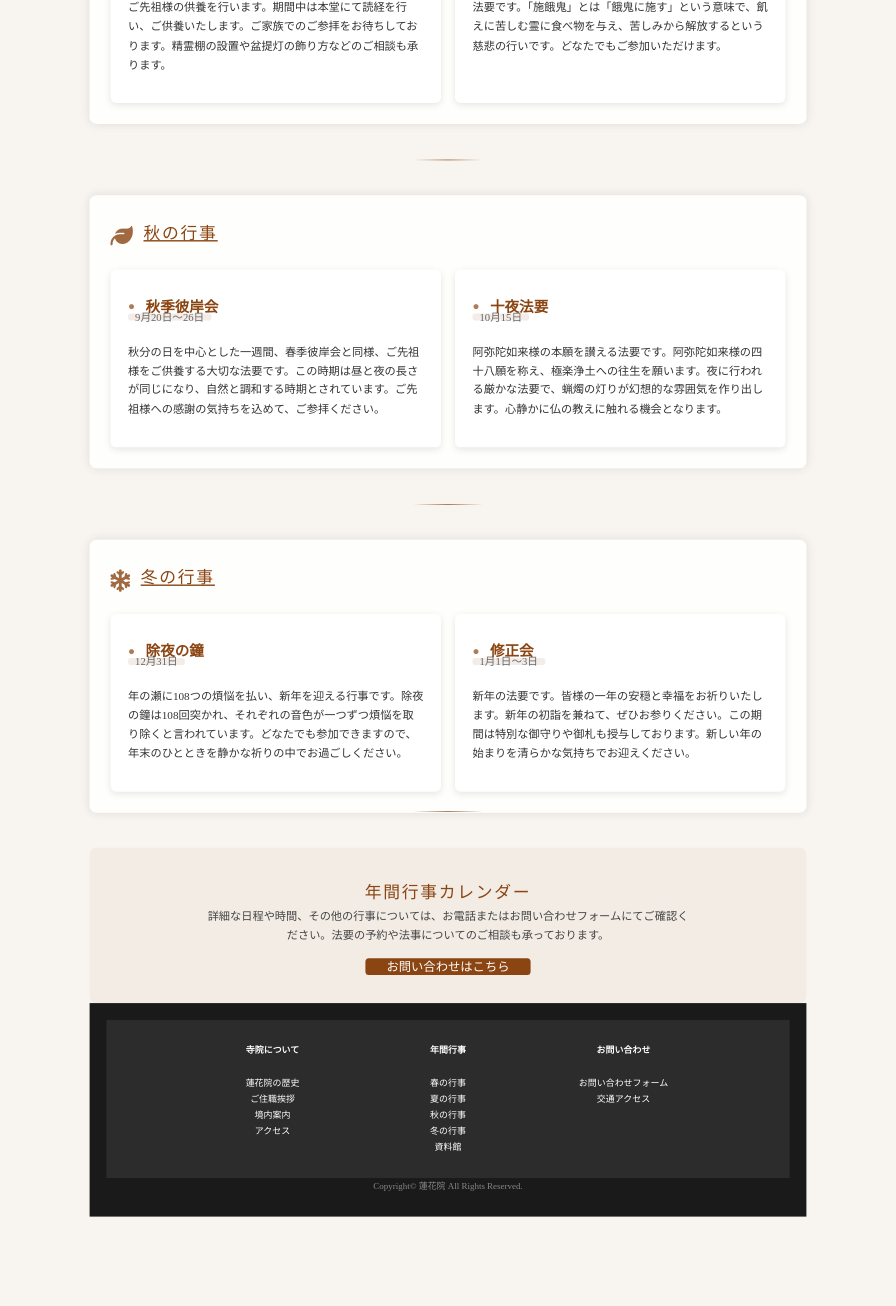
Repository: owl-onoueip/rengein-website
Page: events.html
The author's editor kept a copy of each file at every save. The page is drawn from the files as they stood at one save, then again after the next save.
The browser window is 1280 px wide. The pictures show the part of the page from y = 1340 to 3260 px (the page is 3206 px tall before and 3260 px after), at 70% of full size.
Some web fonts or font styles are not loaded; a fallback is used.

Above is the page before, as saved 2025-03-10 10:52:25.

### events.html
<!DOCTYPE html>
<html lang="ja">

<head>
    <meta charset="UTF-8">
    <title>年間行事 - 真言宗智山派 蓮花院</title>
    <meta name="viewport" content="width=device-width, initial-scale=1">
    <meta name="description" content="蓮花院の年間行事のご案内です。春夏秋冬の法要や行事についてご紹介しています。">
    <link rel="stylesheet" href="css/style.css">
    <link rel="stylesheet" href="https://cdnjs.cloudflare.com/ajax/libs/font-awesome/6.4.0/css/all.min.css">
    <style>
        /* メニューボタンのスタイル */
        #menubar_hdr {
            display: block !important;
            position: fixed !important;
            z-index: 9999 !important;
            top: 10px !important;
            right: 10px !important;
            width: 80px !important;
            height: 80px !important;
            background: #fff !important;
            border: 2px solid #8b4513 !important;
            border-radius: 4px !important;
            box-shadow: 0 0 5px rgba(0, 0, 0, 0.2) !important;
            cursor: pointer !important;
            transition: all 0.3s ease !important;
        }

        #menubar_hdr:hover {
            background-color: rgba(139, 69, 19, 0.1) !important;
            transform: translateY(-3px) !important;
            box-shadow: 0 5px 10px rgba(0, 0, 0, 0.2) !important;
        }

        .menu-icon {
            width: 50px !important;
            height: 50px !important;
            position: absolute !important;
            top: 50% !important;
            left: 50% !important;
            transform: translate(-50%, -50%) !important;
        }

        .menu-icon span {
            display: block !important;
            position: absolute !important;
            width: 100% !important;
            height: 4px !important;
            background-color: #8b4513 !important;
            border-radius: 4px !important;
            transition: all 0.3s ease !important;
        }

        .menu-icon span:nth-child(1) {
            top: 15px !important;
        }

        .menu-icon span:nth-child(2) {
            width: 70% !important;
            bottom: 15px !important;
        }

        #menubar_hdr:hover .menu-icon span:nth-child(2) {
            width: 100% !important;
        }

        /* 年間行事ページのスタイル */
        .events-intro {
            text-align: center;
            max-width: 800px;
            margin: 0 auto 40px;
            background: rgba(255, 255, 255, 0.9);
            padding: 25px;
            border-radius: 10px;
            box-shadow: 0 0 15px rgba(0, 0, 0, 0.1);
        }

        .events-intro p {
            font-size: 1.1em;
            line-height: 1.8;
            margin-bottom: 15px;
        }

        .season-section {
            margin-bottom: 50px;
            padding: 30px;
            background: rgba(255, 255, 255, 0.9);
            border-radius: 10px;
            box-shadow: 0 0 15px rgba(0, 0, 0, 0.1);
        }

        .season-header {
            display: flex;
            align-items: center;
            margin-bottom: 20px;
        }

        .season-icon {
            font-size: 2em;
            color: #8b4513;
            margin-right: 15px;
            opacity: 0.8;
        }

        .season-section h3 {
            color: #8b4513;
            border-bottom: 2px solid #8b4513;
            padding-bottom: 10px;
            margin-bottom: 20px;
            font-size: 1.5em;
        }

        .event-list {
            display: grid;
            grid-template-columns: repeat(auto-fit, minmax(300px, 1fr));
            gap: 20px;
            margin-top: 20px;
        }

        .event-item {
            background: #fff;
            padding: 25px;
            border-radius: 8px;
            box-shadow: 0 3px 10px rgba(0, 0, 0, 0.1);
            transition: transform 0.3s ease, box-shadow 0.3s ease;
        }

        .event-item:hover {
            transform: translateY(-5px);
            box-shadow: 0 5px 15px rgba(0, 0, 0, 0.15);
        }

        .event-item h4 {
            color: #8b4513;
            margin-bottom: 10px;
            font-size: 1.3em;
            position: relative;
            padding-left: 25px;
        }

        .event-item h4:before {
            content: "●";
            position: absolute;
            left: 0;
            color: #8b4513;
            opacity: 0.7;
            font-size: 0.8em;
        }

        .event-date {
            color: #666;
            font-size: 0.95em;
            margin-bottom: 15px;
            padding: 5px 10px;
            background: rgba(139, 69, 19, 0.1);
            border-radius: 4px;
            display: inline-block;
        }

        .event-item p {
            line-height: 1.7;
            color: #333;
        }

        .calendar-section {
            background-color: rgba(139, 69, 19, 0.05);
            padding: 40px 0;
            margin-top: 40px;
            text-align: center;
            border-radius: 10px;
        }

        .calendar-section h3 {
            color: #8b4513;
            margin-bottom: 20px;
            font-size: 1.5em;
        }

        .calendar-section p {
            max-width: 700px;
            margin: 0 auto 20px;
            line-height: 1.7;
        }

        .contact-button {
            display: inline-block;
            background-color: #8b4513;
            color: #fff;
            padding: 12px 30px;
            border-radius: 5px;
            text-decoration: none;
            font-size: 1.1em;
            transition: all 0.3s ease;
        }

        .contact-button:hover {
            background-color: #6d3610;
            transform: translateY(-3px);
            box-shadow: 0 5px 15px rgba(0, 0, 0, 0.1);
        }

        @media screen and (max-width: 768px) {
            .event-list {
                grid-template-columns: 1fr;
            }

            .season-section {
                padding: 20px;
            }

            .events-intro {
                padding: 20px;
            }
        }
    </style>
</head>

<body>
    <div id="container">
        <header>
            <h1 id="logo"><a href="index.html"><img src="images/logo_tate.png" alt="蓮花院"></a></h1>
        </header>

        <div id="contents">
            <main>
                <h2>年間行事<span class="small">Annual Events</span></h2>

                <div class="events-intro">
                    <p>蓮花院では、年間を通じて様々な仏教行事や法要を執り行っております。これらの行事は仏教の教えに基づき、皆様の心の安らぎと成長を願って行われます。</p>
                    <p>どなたでもご参加いただけますので、お気軽にお越しください。詳細な日程や時間については、お電話またはお問い合わせフォームにてご確認ください。</p>
                </div>

                <section id="spring" class="season-section">
                    <div class="season-header">
                        <div class="season-icon">
                            <i class="fas fa-seedling"></i>
                        </div>
                        <h3>春の行事</h3>
                    </div>
                    <div class="event-list">
                        <div class="event-item">
                            <h4>春季彼岸会</h4>
                            <div class="event-date">3月18日〜24日</div>
                            <p>春分の日を中心とした一週間、ご先祖様をご供養する大切な法要です。彼岸とは、迷いの世界である此岸から、悟りの世界である彼岸へ渡ることを意味します。期間中は本堂にて読経を行い、ご先祖様の冥福をお祈りいたします。
                            </p>
                        </div>
                        <div class="event-item">
                            <h4>花まつり</h4>
                            <div class="event-date">4月8日</div>
                            <p>お釈迦様の誕生日を祝う行事です。甘茶の接待があり、お釈迦様の誕生仏に甘茶をかけて祝います。子どもたちも参加できる楽しい行事となっております。この日に参拝すると、一年の無病息災が約束されると言われています。
                            </p>
                        </div>
                    </div>
                </section>

                <section id="summer" class="season-section">
                    <div class="season-header">
                        <div class="season-icon">
                            <i class="fas fa-sun"></i>
                        </div>
                        <h3>夏の行事</h3>
                    </div>
                    <div class="event-list">
                        <div class="event-item">
                            <h4>お盆法要</h4>
                            <div class="event-date">8月13日〜16日</div>
                            <p>ご先祖様の霊がこの世に戻ってくるとされるお盆の期間、ご先祖様の供養を行います。期間中は本堂にて読経を行い、ご供養いたします。ご家族でのご参拝をお待ちしております。精霊棚の設置や盆提灯の飾り方などのご相談も承ります。
                            </p>
                        </div>
                        <div class="event-item">
                            <h4>施餓鬼会</h4>
                            <div class="event-date">8月15日</div>
                            <p>無縁仏や餓鬼道に堕ちた霊を供養し、世界平和を祈願する法要です。「施餓鬼」とは「餓鬼に施す」という意味で、飢えに苦しむ霊に食べ物を与え、苦しみから解放するという慈悲の行いです。どなたでもご参加いただけます。
                            </p>
                        </div>
                    </div>
                </section>

                <section id="autumn" class="season-section">
                    <div class="season-header">
                        <div class="season-icon">
                            <i class="fas fa-leaf"></i>
                        </div>
                        <h3>秋の行事</h3>
                    </div>
                    <div class="event-list">
                        <div class="event-item">
                            <h4>秋季彼岸会</h4>
                            <div class="event-date">9月20日〜26日</div>
                            <p>秋分の日を中心とした一週間、春季彼岸会と同様、ご先祖様をご供養する大切な法要です。この時期は昼と夜の長さが同じになり、自然と調和する時期とされています。ご先祖様への感謝の気持ちを込めて、ご参拝ください。
                            </p>
                        </div>
                        <div class="event-item">
                            <h4>十夜法要</h4>
                            <div class="event-date">10月15日</div>
                            <p>阿弥陀如来様の本願を讃える法要です。阿弥陀如来様の四十八願を称え、極楽浄土への往生を願います。夜に行われる厳かな法要で、蝋燭の灯りが幻想的な雰囲気を作り出します。心静かに仏の教えに触れる機会となります。
                            </p>
                        </div>
                    </div>
                </section>

                <section id="winter" class="season-section">
                    <div class="season-header">
                        <div class="season-icon">
                            <i class="fas fa-snowflake"></i>
                        </div>
                        <h3>冬の行事</h3>
                    </div>
                    <div class="event-list">
                        <div class="event-item">
                            <h4>除夜の鐘</h4>
                            <div class="event-date">12月31日</div>
                            <p>年の瀬に108つの煩悩を払い、新年を迎える行事です。除夜の鐘は108回突かれ、それぞれの音色が一つずつ煩悩を取り除くと言われています。どなたでも参加できますので、年末のひとときを静かな祈りの中でお過ごしください。
                            </p>
                        </div>
                        <div class="event-item">
                            <h4>修正会</h4>
                            <div class="event-date">1月1日〜3日</div>
                            <p>新年の法要です。皆様の一年の安穏と幸福をお祈りいたします。新年の初詣を兼ねて、ぜひお参りください。この期間は特別な御守りや御札も授与しております。新しい年の始まりを清らかな気持ちでお迎えください。
                            </p>
                        </div>
                    </div>
                </section>

                <section class="calendar-section">
                    <h3>年間行事カレンダー</h3>
                    <p>詳細な日程や時間、その他の行事については、お電話またはお問い合わせフォームにてご確認ください。法要の予約や法事についてのご相談も承っております。</p>
                    <a href="contact.html" class="contact-button">お問い合わせはこちら</a>
                </section>
            </main>
        </div>

        <footer>
            <div id="footermenu">
                <ul>
                    <li class="title">寺院について</li>
                    <li><a href="about.html#history">蓮花院の歴史</a></li>
                    <li><a href="about.html#message">ご住職挨拶</a></li>
                    <li><a href="about.html#temple-grounds">境内案内</a></li>
                    <li><a href="about.html#access">アクセス</a></li>
                </ul>
                <ul>
                    <li class="title">年間行事</li>
                    <li><a href="#spring">春の行事</a></li>
                    <li><a href="#summer">夏の行事</a></li>
                    <li><a href="#autumn">秋の行事</a></li>
                    <li><a href="#winter">冬の行事</a></li>
                    <li><a href="museum.html">資料館</a></li>
                </ul>
                <ul>
                    <li class="title">お問い合わせ</li>
                    <li><a href="contact.html#form">お問い合わせフォーム</a></li>
                    <li><a href="contact.html#access">交通アクセス</a></li>
                </ul>
            </div>
            <small>Copyright&copy; <a href="index.html">蓮花院</a> All Rights Reserved.</small>
        </footer>

        <div class="pagetop"><a href="#"><i class="fas fa-angle-double-up"></i></a></div>

        <!--ハンバーガーメニュー-->
        <a href="menu.html">
            <div id="menubar_hdr">
                <div class="menu-icon">
                    <span></span>
                    <span></span>
                </div>
            </div>
        </a>
    </div>

    <script src="https://ajax.googleapis.com/ajax/libs/jquery/3.6.0/jquery.min.js"></script>
    <script src="js/main.js"></script>
</body>

</html>

### css/inview.css
@charset "utf-8";



/*up,down,transform1,transform2の共通設定
（待機中の設定）
---------------------------------------------------------------------------*/
.up, .down, .transform1, .transform2 {
	position: relative;
	opacity: 0;		/*透明度（透明の状態）*/
}


/*up,down,transform1,transform2の共通設定
（要素が見えたら実行するアクションの設定）
---------------------------------------------------------------------------*/
.upstyle, .downstyle, .transform1style, .transform2style {
	opacity: 1;				/*透明度（色が100%出た状態）*/
	transition: 1s 0.5s;	/*1sはアニメーションの実行時間1.5秒。0.5sは0.5秒遅れてスタートする指定。*/
}


/*upスタイル。下から上にフェードインしてくるスタイル
---------------------------------------------------------------------------*/
/*待機中の設定*/
.up {
	bottom: -20px;	/*基準値の下20pxの場所からスタート*/
}

/*要素が見えたら実行するアクション*/
.upstyle {
	bottom: 0px;	/*基準値まで戻す*/
}


/*downスタイル。上から下にフェードインしてくるスタイル
---------------------------------------------------------------------------*/
/*待機中の設定*/
.down {
	top: -20px;	/*基準値の上20pxの場所からスタート*/
}

/*要素が見えたら実行するアクション*/
.downstyle {
	top: 0px;	/*基準値まで戻す*/
}


/*transform1スタイル。その場で回転するスタイル
---------------------------------------------------------------------------*/
/*待機中の設定*/
.transform1 {
	transform: scaleX(0);	/*幅を0%でスタート*/
}

/*要素が見えたら実行するアクション*/
.transform1style {
	transform: scaleX(1);	/*幅を100%に戻す*/
}


/*transform2スタイル。倒れた状態から起き上がるスタイル
---------------------------------------------------------------------------*/
/*待機中の設定*/
.transform2 {
	transform: perspective(400px) translateZ(-70px) rotateX(50deg);
}

/*要素が見えたら実行するアクション*/
.transform2style {
	transform: perspective(400px) translateZ(0px) rotateX(0deg);
}


/*blurスタイル。ぼかしで出現するスタイル。
---------------------------------------------------------------------------*/
/*待機中の設定*/
.blur {
	opacity: 0;	/*透明度（透明の状態）*/
	filter: blur(30px);
	transform: scale(1.03);
}

/*要素が見えたら実行するアクション*/
.blurstyle {
	opacity: 1;
	filter: blur(0);
	transform: scale(1);
	transition: 1s 0.5s;
}


/*transform3スタイル。小さなサイズから原寸大になるスタイル
---------------------------------------------------------------------------*/
/*キーフレーム（アニメーション）設定*/
@keyframes transform3 {
0% {
	transform: scale(0);
}
50% {
	transform: scale(1.05);
}
70% {
	transform: scale(0.99);
}
100% {
	transform: scale(1);
}
}

/*待機中の設定*/
.transform3 {
	transform: scale(0);
}

/*要素が見えたら実行するアクション*/
.transform3style {
	animation: transform3 0.8s ease-out 0.5s both;
}

Loaded but not shown: js/main.js (54 lines, source omitted); css/style.css (1465 lines, source omitted)

After the next save:
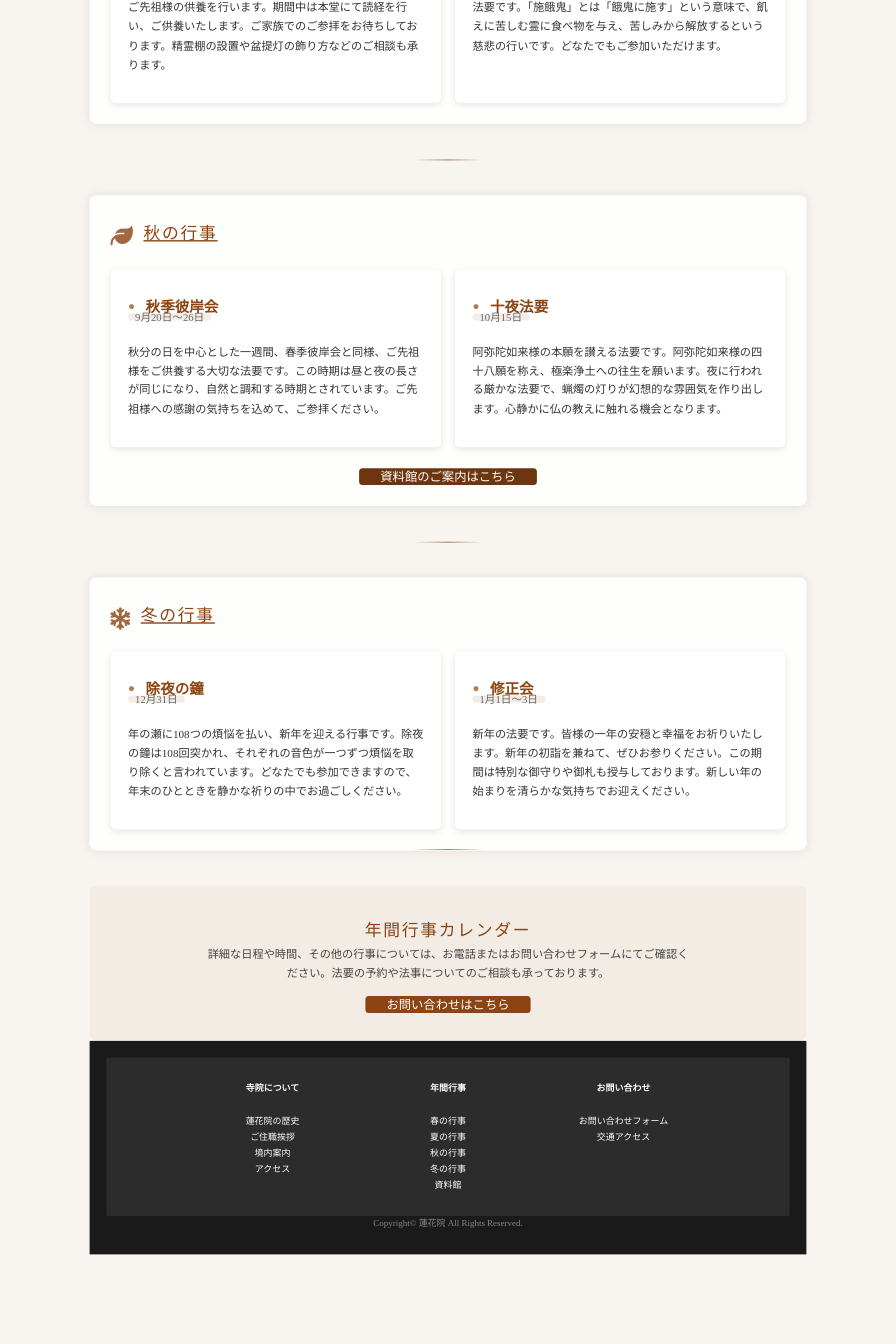
Saved 26 s later.
--- a/events.html
+++ b/events.html
@@ -296,6 +296,9 @@
                             <p>阿弥陀如来様の本願を讃える法要です。阿弥陀如来様の四十八願を称え、極楽浄土への往生を願います。夜に行われる厳かな法要で、蝋燭の灯りが幻想的な雰囲気を作り出します。心静かに仏の教えに触れる機会となります。
                             </p>
                         </div>
+                    </div>
+                    <div style="text-align: center; margin-top: 30px;">
+                        <a href="museum.html" class="contact-button" style="background-color: #6d3610;">資料館のご案内はこちら</a>
                     </div>
                 </section>
 
